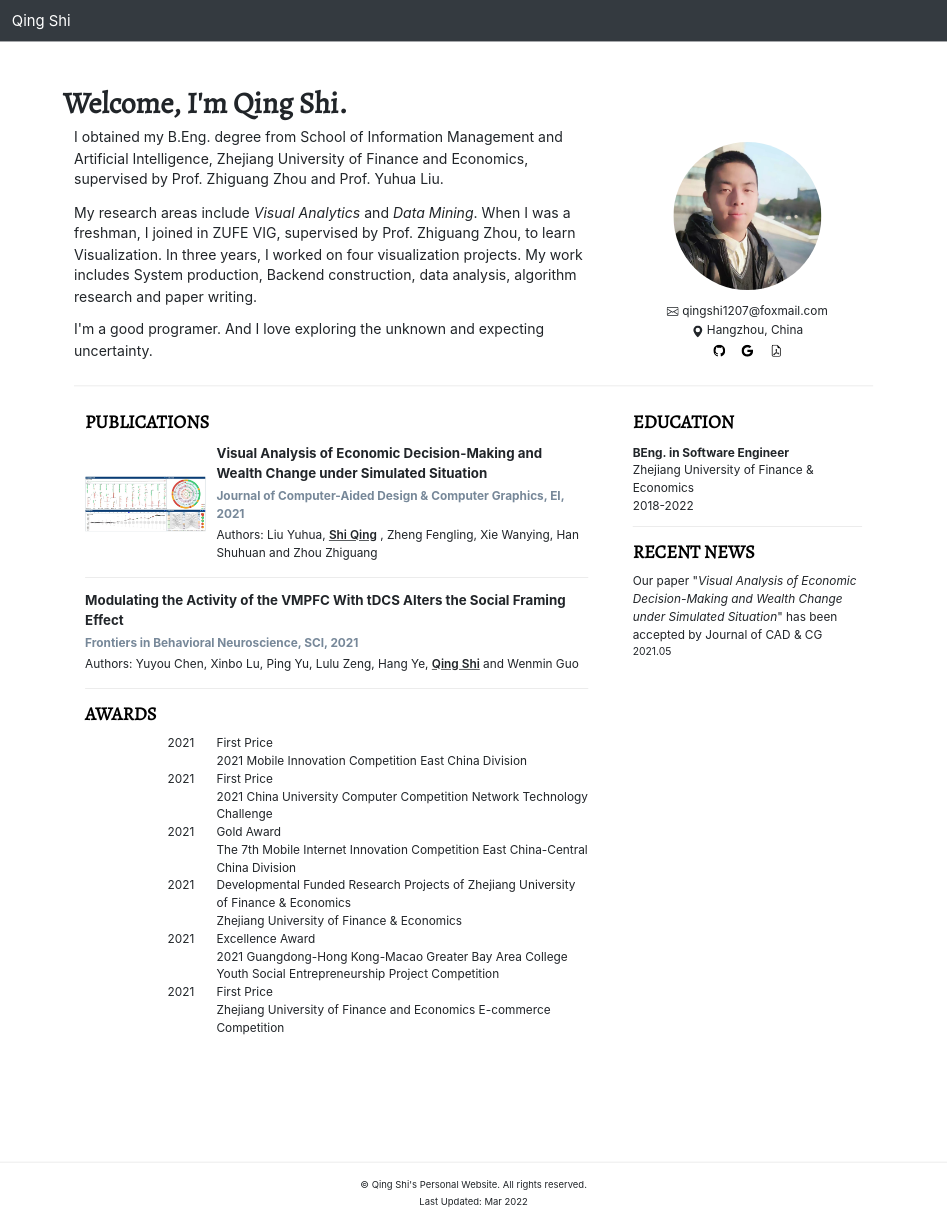
Repository: sqsssq/webpage
Page: index.html
These files come from the project's save history. The page is drawn as it stood at one moment and after the next save; the edit follows.
The browser window is 1280 px wide. The pictures show the whole page, at 74% of full size.
Some web libraries are served in a nearby version.

Above is the page before, as saved 2022-03-28 15:55:52.

After the next save:
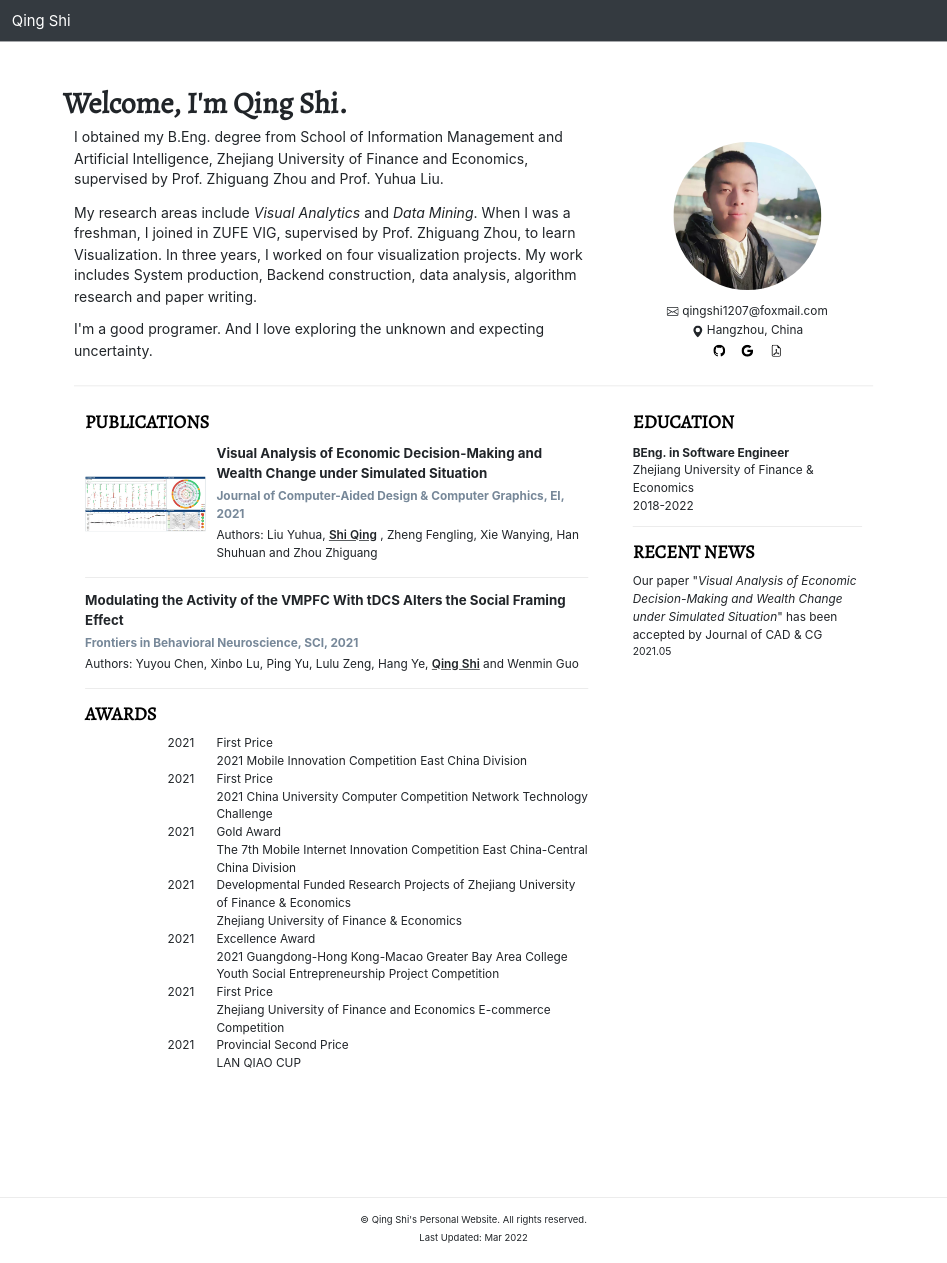
Saved 2 min 51 s later.
--- a/index.html
+++ b/index.html
@@ -1,6 +1,6 @@
 <!--
  * @Author: Qing Shi
- * @LastEditTime: 2022-03-28 15:55:52
+ * @LastEditTime: 2022-03-28 15:58:43
  * @Knowledge:
  * @Description: my homepage
  * @Attention:
@@ -222,6 +222,16 @@
                                 Zhejiang University of Finance and Economics E-commerce Competition
                             </div>
                         </div>
+                        <div class="awardInfo row">
+                            <div class="awardTime col-lg-3">
+                                2021
+                            </div>
+                            <div class="awardInfo col-lg-9">
+                                Provincial Second Price
+                                <br>
+                                LAN QIAO CUP
+                            </div>
+                        </div>
                     </div>
                 </div>
             </div>
